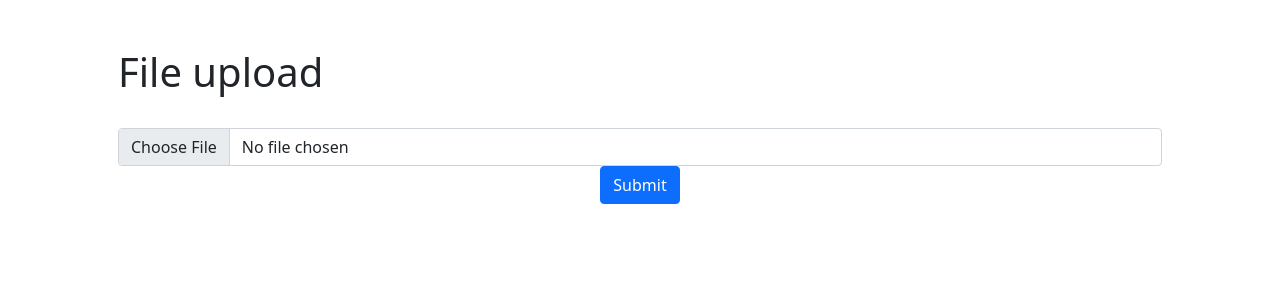
Repository: parvaizsajad/SpringFrameWork
Page: http://localhost/com.springMvc.search/upload
The author's editor kept a copy of each file at every save. The page is drawn from the files as they stood at one save, then again after the next save.
The browser window is 1280 px wide. The pictures show the whole page.
The page is served by Tomcat 9. Other server files are loaded and not shown.

Above is the page before, as saved 2021-09-10 17:08:05.

### com.springMvc.search/src/main/webapp/WEB-INF/spring-servlet.xml
<?xml version="1.0" encoding="UTF-8"?>


<!-- 2nd step step create the configuration file. -->

<beans xmlns="http://www.springframework.org/schema/beans"
	xmlns:xsi="http://www.w3.org/2001/XMLSchema-instance" xmlns:context="http://www.springframework.org/schema/context"
	xmlns:p="http://www.springframework.org/schema/p"
	xmlns:tx="http://www.springframework.org/schema/tx"
		xmlns:mvc="http://www.springframework.org/schema/mvc"
	xsi:schemaLocation="http://www.springframework.org/schema/beans
    http://www.springframework.org/schema/beans/spring-beans.xsd
    http://www.springframework.org/schema/context
    http://www.springframework.org/schema/context/spring-context.xsd
     http://www.springframework.org/schema/tx
    http://www.springframework.org/schema/tx/spring-tx.xsd
    http://www.springframework.org/schema/mvc
    http://www.springframework.org/schema/mvc/spring-mvc.xsd
    ">
 <!--This is our bean or the metadata for our class  -->
 <mvc:annotation-driven/>
 <mvc:resources location="/WEB-INF/resources/" mapping="/resources/**"/>

 <context:component-scan base-package="com.springMvc.search"></context:component-scan>

<!--  view Resolver -->
   <bean class="org.springframework.web.servlet.view.InternalResourceViewResolver" name="viewResolver">
   <property name="prefix" value="/WEB-INF/views/"></property>
   <property name="suffix" value=".jsp"></property>
   </bean>

 <!-- Commons multipart resolver -->
 <bean class="org.springframework.web.multipart.commons.CommonsMultipartResolver" name="multipartResolver"/>




 </beans>

### com.springMvc.search/src/main/webapp/WEB-INF/views/fileForm.jsp
<%@ page language="java" contentType="text/html; charset=ISO-8859-1"
    pageEncoding="ISO-8859-1"%>
<!doctype html>
<html lang="en">
  <head>
    <!-- Required meta tags -->
    <meta charset="utf-8">
    <meta name="viewport" content="width=device-width, initial-scale=1">

    <!-- Bootstrap CSS -->
    <link href="https://cdn.jsdelivr.net/npm/bootstrap@5.1.1/dist/css/bootstrap.min.css" rel="stylesheet" integrity="sha384-F3w7mX95PdgyTmZZMECAngseQB83DfGTowi0iMjiWaeVhAn4FJkqJByhZMI3AhiU" crossorigin="anonymous">

    <title>Upload Image</title>
  </head>
  <body>

    <div class="container p-5">
    <h1>File upload</h1>
    <form action="">
    <div class="mb-3">
  <label for="formFile" class="form-label"></label>
  <input class="form-control" type="file" id="formFile">
  <div class="text-center">
    <button type="submit" class="btn btn-primary ">Submit</button></div>
</div>

    </form>

    </div>


    <!-- Optional JavaScript; choose one of the two! -->

    <!-- Option 1: Bootstrap Bundle with Popper -->
    <script src="https://cdn.jsdelivr.net/npm/bootstrap@5.1.1/dist/js/bootstrap.bundle.min.js" integrity="sha384-/bQdsTh/da6pkI1MST/rWKFNjaCP5gBSY4sEBT38Q/9RBh9AH40zEOg7Hlq2THRZ" crossorigin="anonymous"></script>

    <!-- Option 2: Separate Popper and Bootstrap JS -->
    <!--
    <script src="https://cdn.jsdelivr.net/npm/@popperjs/core@2.9.3/dist/umd/popper.min.js" integrity="sha384-W8fXfP3gkOKtndU4JGtKDvXbO53Wy8SZCQHczT5FMiiqmQfUpWbYdTil/SxwZgAN" crossorigin="anonymous"></script>
    <script src="https://cdn.jsdelivr.net/npm/bootstrap@5.1.1/dist/js/bootstrap.min.js" integrity="sha384-skAcpIdS7UcVUC05LJ9Dxay8AXcDYfBJqt1CJ85S/CFujBsIzCIv+l9liuYLaMQ/" crossorigin="anonymous"></script>
    -->
  </body>
</html>

### com.springMvc.search/src/main/java/com/springMvc/search/Generilizedexceptionhandler.java
package com.springMvc.search;

import org.springframework.http.HttpStatus;
import org.springframework.stereotype.Controller;
import org.springframework.web.bind.annotation.ControllerAdvice;
import org.springframework.web.bind.annotation.ExceptionHandler;
import org.springframework.web.bind.annotation.ResponseStatus;

@ControllerAdvice
public class Generilizedexceptionhandler {
	@ResponseStatus(value = HttpStatus.INTERNAL_SERVER_ERROR)
	@ExceptionHandler({NullPointerException.class,NumberFormatException.class})
	public String errorHandler() {

		return "nullException";
	}
}

### com.springMvc.search/src/main/java/com/springMvc/search/ImageController.java
package com.springMvc.search;

import org.springframework.stereotype.Controller;
import org.springframework.web.bind.annotation.RequestMapping;

@Controller
public class ImageController {
	@RequestMapping("/upload")
	public String ImageUpload() {

		return"fileForm";
	}

}

### com.springMvc.search/src/main/java/com/springMvc/search/SearchController.java
package com.springMvc.search;

import org.springframework.stereotype.Controller;
import org.springframework.web.bind.annotation.RequestMapping;
import org.springframework.web.bind.annotation.RequestParam;
import org.springframework.web.servlet.view.RedirectView;
@Controller
public class SearchController {
	@RequestMapping("/home")
	public String home() {

		System.out.println("going to home view");
		return("home");
	}
@RequestMapping("/search")
	public RedirectView search(@RequestParam("search") String sear) {
		String querry="https://www.google.com/search?q="+sear;
		RedirectView rd=new RedirectView();
		if(sear.isBlank()) {
		 rd.setUrl("home");
		 return rd;
		}


		rd.setUrl(querry);
		return rd;
	}
}

### com.springMvc.search/src/main/java/com/springMvc/search/complex.java
package com.springMvc.search;

import org.springframework.stereotype.Controller;
import org.springframework.ui.Model;
import org.springframework.validation.BindingResult;
import org.springframework.web.bind.annotation.ModelAttribute;
import org.springframework.web.bind.annotation.RequestMapping;
import org.springframework.web.bind.annotation.RequestMethod;
import org.springframework.web.bind.annotation.RequestParam;

@Controller
public class complex {

	@RequestMapping("/complex")
	public String complexform() {

		return"/complex";
	}

	@RequestMapping(path = "/handleform",method = RequestMethod.POST)
	public String handleForm(@ModelAttribute Form form,BindingResult result) {
		if(result.hasErrors()) {
			return"/complex";
		}
	System.out.println(form.getAddress());
		return "/login";
	}
}

### com.springMvc.search/src/main/java/com/springMvc/search/Form.java
package com.springMvc.search;

import java.util.Date;

public class Form {
	private String name;
	private long id;
	private Date dob;
	private String courses;
	private String gender;
	private String type;
	private Address address;
	public Address getAddress() {
		return address;
	}
	public void setAddress(Address address) {
		this.address = address;
	}
	public Form() {
		super();
		// TODO Auto-generated constructor stub
	}

	@Override
	public String toString() {
		return "Form [name=" + name + ", id=" + id + ", dob=" + dob + ", courses=" + courses + ", gender=" + gender
				+ ", type=" + type + ", address=" + address + "]";
	}


	public Form(String name, long id, Date dob, String courses, String gender, String type) {
		super();
		this.name = name;
		this.id = id;
		this.dob = dob;
		this.courses = courses;
		this.gender = gender;
		this.type = type;

	}
	public String getName() {
		return name;
	}
	public void setName(String name) {
		this.name = name;
	}
	public long getId() {
		return id;
	}
	public void setId(long id) {
		this.id = id;
	}
	public Date getDob() {
		return dob;
	}
	public void setDob(Date dob) {
		this.dob = dob;
	}
	public String getCourses() {
		return courses;
	}
	public void setCourses(String courses) {
		this.courses = courses;
	}
	public String getGender() {
		return gender;
	}
	public void setGender(String gender) {
		this.gender = gender;
	}
	public String getType() {
		return type;
	}
	public void setType(String type) {
		this.type = type;
	}


}

After the next save:
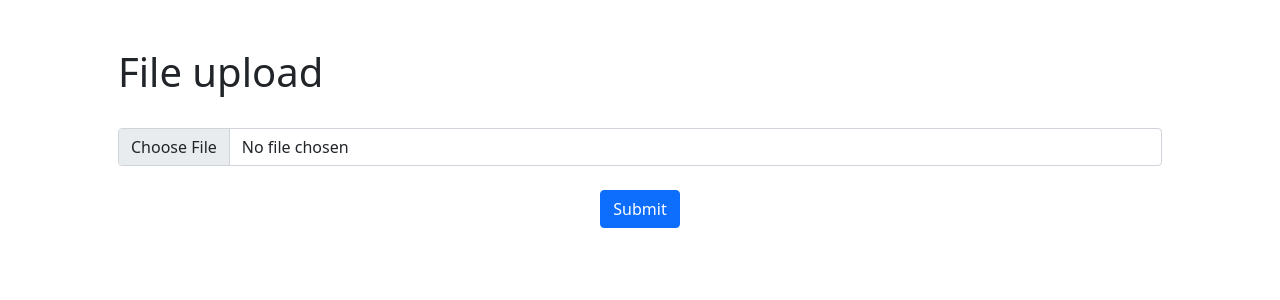
Saved 22 s later.
--- a/com.springMvc.search/src/main/webapp/WEB-INF/views/fileForm.jsp
+++ b/com.springMvc.search/src/main/webapp/WEB-INF/views/fileForm.jsp
@@ -21,7 +21,7 @@
   <label for="formFile" class="form-label"></label>
   <input class="form-control" type="file" id="formFile">
   <div class="text-center">
-    <button type="submit" class="btn btn-primary ">Submit</button></div>
+    <button type="submit" class="btn btn-primary mt-4">Submit</button></div>
 </div>
 
     </form>
